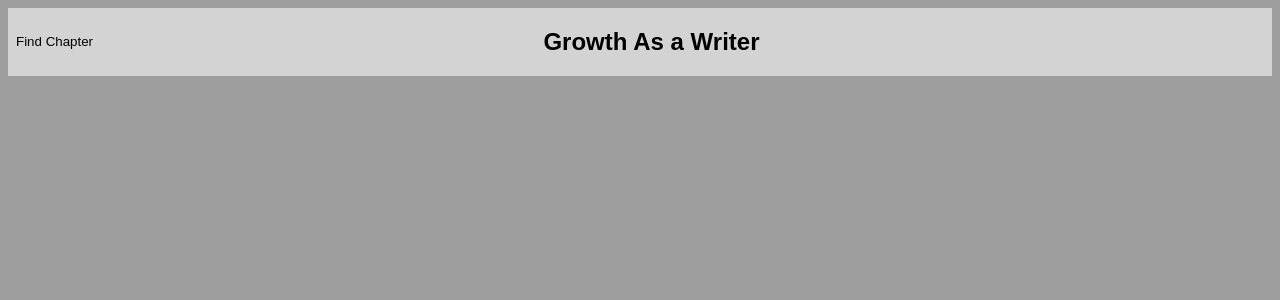
Repository: jpaisiem/WP-4
Page: index.html
These files come from the project's save history. The page is drawn as it stood at one moment and after the next save; the edit follows.
The browser window is 1280 px wide. The pictures show the whole page.

Above is the page before, as saved 2025-04-29 11:58:05.

### index.html
<!DOCTYPE html>
<html>
<head>
<meta name="viewport" content="width=device-width, initial-scale=1">
<style>
    body{
        background-color: #9e9e9e;
        font-family: Arial, sans-serif;
    }
/* Popup container - can be anything you want */
.popup {
  position: relative;
  display: inline-block;
  cursor: pointer;
  -webkit-user-select: none;
  -moz-user-select: none;
  -ms-user-select: none;
  user-select: none;
  text-align: left;
  background-color: lightgray;
}

/* The actual popup */
.popup .popuptext {
  visibility: hidden;
  width: fit-content;
  background-color: #555;
  color: #fff;
  text-align: left;
  border-radius: 6px;
  padding: 8px 0;
  position: absolute;
  z-index: 1;
  bottom: 125%;
  left: 50%;
  margin-top: 150px;
}

/* Popup arrow */
.popup .popuptext::after {
  content: "";
  position: absolute;
  top: 100%;
  left: 50%;
  margin-left: -5px;
  border-width: 5px;
  border-style: solid;
  border-color: #555 transparent transparent transparent;
}

/* Toggle this class - hide and show the popup */
.popup .show {
  visibility: visible;
  -webkit-animation: fadeIn 1s;
  animation: fadeIn 1s;
}

/* Add animation (fade in the popup) */
@-webkit-keyframes fadeIn {
  from {opacity: 0;}
  to {opacity: 1;}
}

@keyframes fadeIn {
  from {opacity: 0;}
  to {opacity:1 ;}
}
</style>
</head>
<body>
<div class="popup" onclick="myFunction()" style=" text-align: left; display: flex; flex-direction: row;"><button style="margin-right: 35%; background-color: lightgray; border-color: transparent;">Find Chapter</button><h2>Growth As a Writer</h2>
  <br>
  <br>
  <br>
    <span class="popuptext" id="myPopup"> <table>
    <tr>
      <td><a href="#">Chapter 1</a></td>
      <td><a href="#">Chapter 2</a></td>
      <td><a href="#">Chapter 3</a></td>
    </tr>
    <tr>
      <td><a href="#">Chapter 4</a></td>
      <td><a href="#">Chapter 5</a></td>
      <td><a href="#">Chapter 6</a></td>
    </tr>
  </table></span>
</div>

<script>
// When the user clicks on div, open the popup
function myFunction() {
  var popup = document.getElementById("myPopup");
  popup.classList.toggle("show");
}
</script>

</body>
</html>

After the next save:
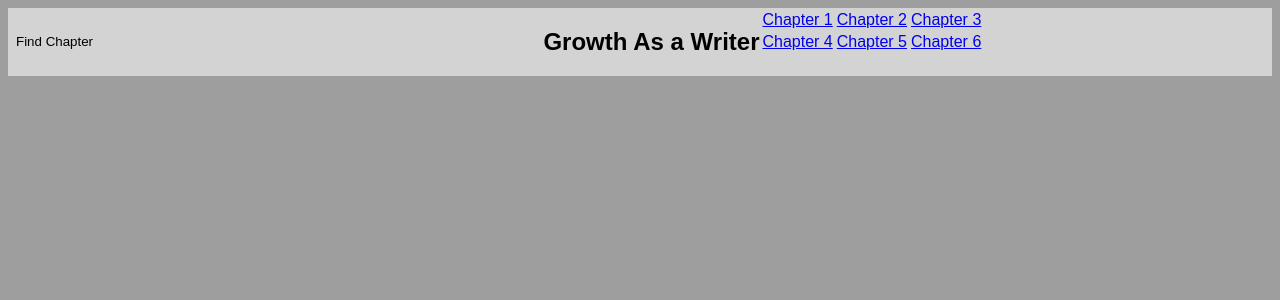
Saved 42 s later.
--- a/index.html
+++ b/index.html
@@ -21,7 +21,7 @@
 }
 
 /* The actual popup */
-.popup .popuptext {
+.popup .popup_text {
   visibility: hidden;
   width: fit-content;
   background-color: #555;
@@ -37,7 +37,7 @@
 }
 
 /* Popup arrow */
-.popup .popuptext::after {
+.popup .popup_text::after {
   content: "";
   position: absolute;
   top: 100%;

After the save that followed:
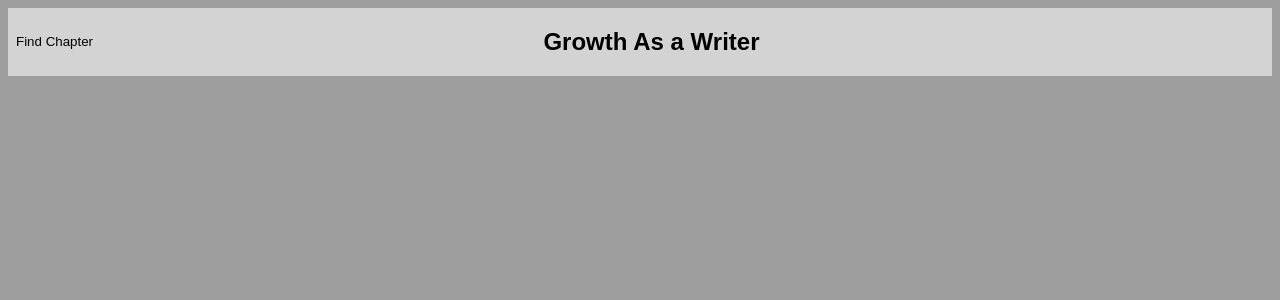
Saved 32 s later.
--- a/index.html
+++ b/index.html
@@ -72,7 +72,7 @@
   <br>
   <br>
   <br>
-    <span class="popuptext" id="myPopup"> <table>
+    <span class="popup_text" id="myPopup"> <table>
     <tr>
       <td><a href="#">Chapter 1</a></td>
       <td><a href="#">Chapter 2</a></td>
